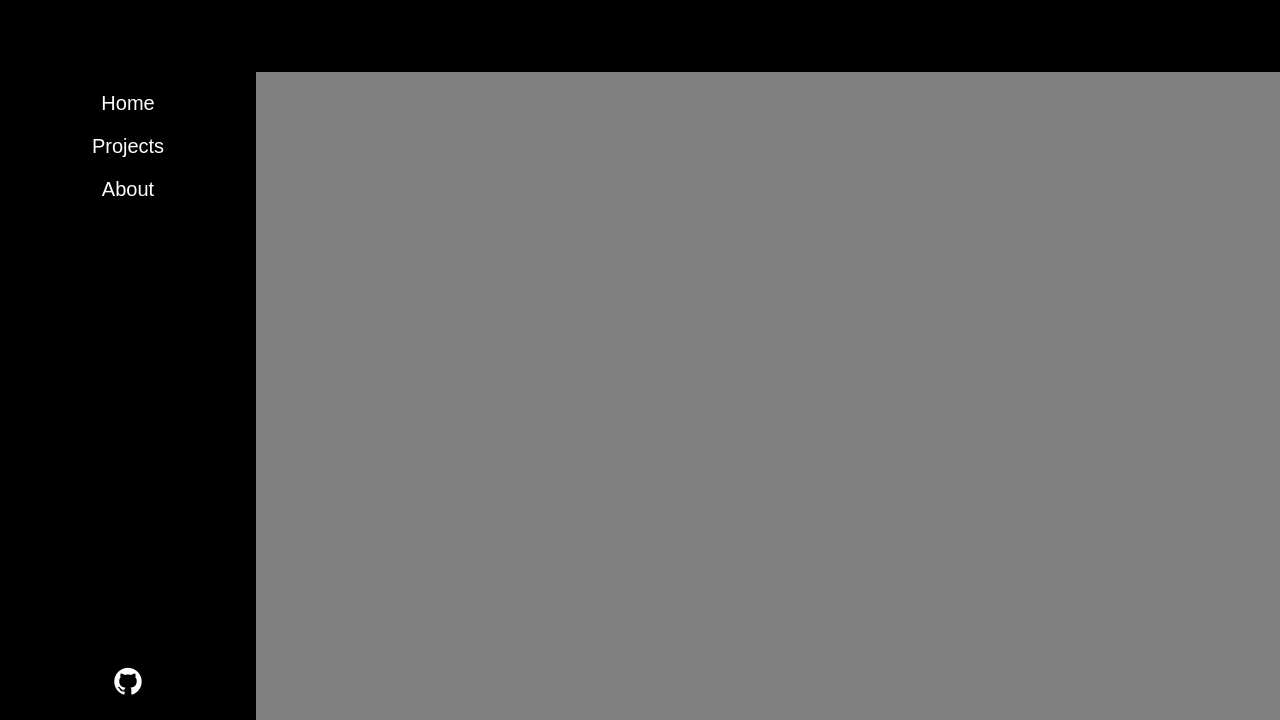
Repository: josephinel6/josephinel6.github.io
Page: index.html
The author's editor kept a copy of each file at every save. The page is drawn from the files as they stood at one save, then again after the next save.
The browser window is 1280 px wide. The pictures show the whole page.

Above is the page before, as saved 2023-04-04 12:04:04.

After the next save:
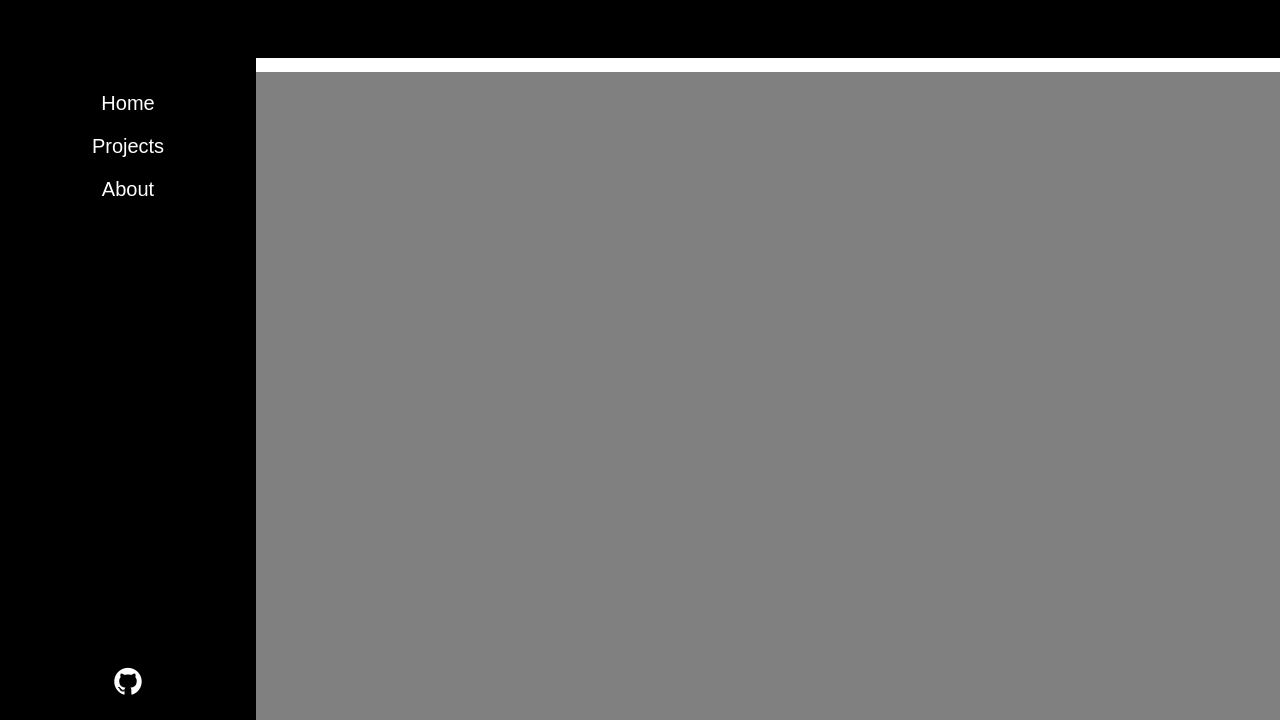
Saved 98 min 2 s later.
--- a/index.html
+++ b/index.html
@@ -43,7 +43,7 @@
 
         #topbar {
             width: 100%;
-            height: 10%;
+            height: 8%;
             background-color: var(--color-bg);
             position: absolute;
         }
